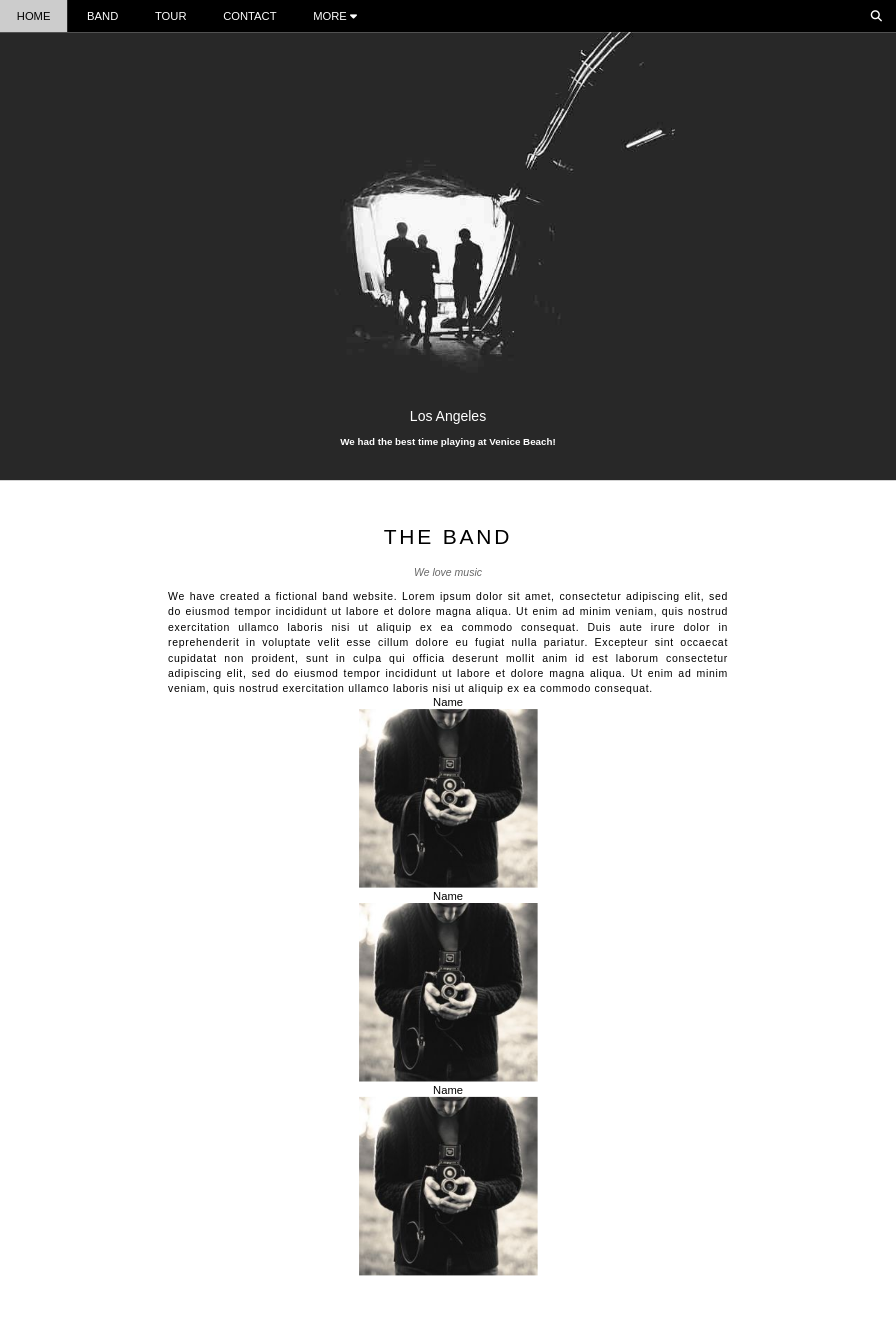
Repository: TranPhucThinh/clone-the-band
Page: index.html
An editor plug-in stored every save of this project. The page is shown before and after the next save, followed by the edit.
The browser window is 1280 px wide. The pictures show the whole page, at 70% of full size.
Some web libraries are served in a nearby version.

Above is the page before, as saved 2022-08-04 10:50:34.

After the next save:
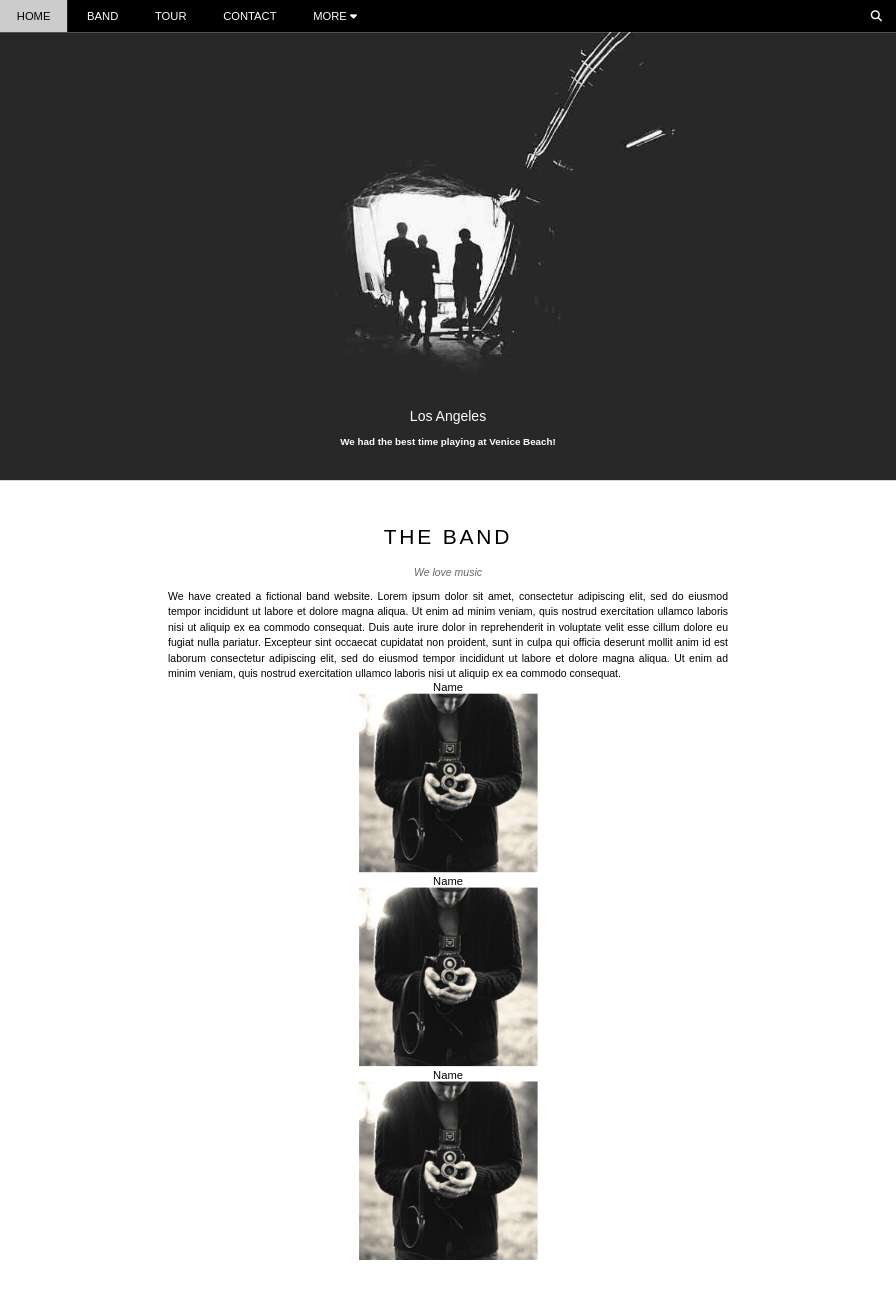
Saved 4 s later.
--- a/assets/style.css
+++ b/assets/style.css
@@ -139,6 +139,5 @@ html {
 #content .desc {
   text-align: justify;
   font-size: 15px;
-  letter-spacing: 1px;
   line-height: 22px;
 }
